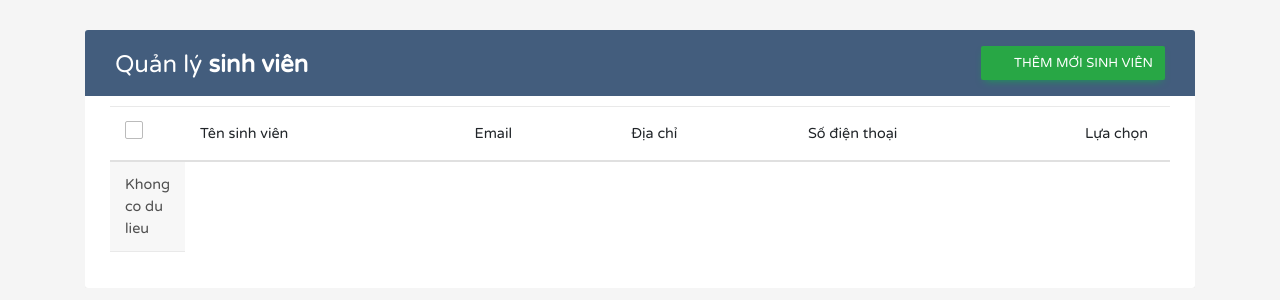
Repository: TinhTT336/MD02_Session06
Page: /
An editor plug-in stored every save of this project. The page is shown before and after the next save, followed by the edit.
The browser window is 1280 px wide. The pictures show the whole page.
Some web libraries are served in a nearby version. The project was rebuilt for these pictures with package versions that can differ from the ones it lists, and the page was loaded fresh each time. Also part of the build but not shown: vite.config.js, src/App.css, src/mini_project/TodoList.jsx, src/mini_project/Todo.jsx, src/base/Input.jsx, src/base/Radio.jsx, src/base/Checkbox.jsx, src/Homework/AddModal.jsx and 13 more.

Above is the page before, as saved 2023-09-04 17:44:46.

After the next save:
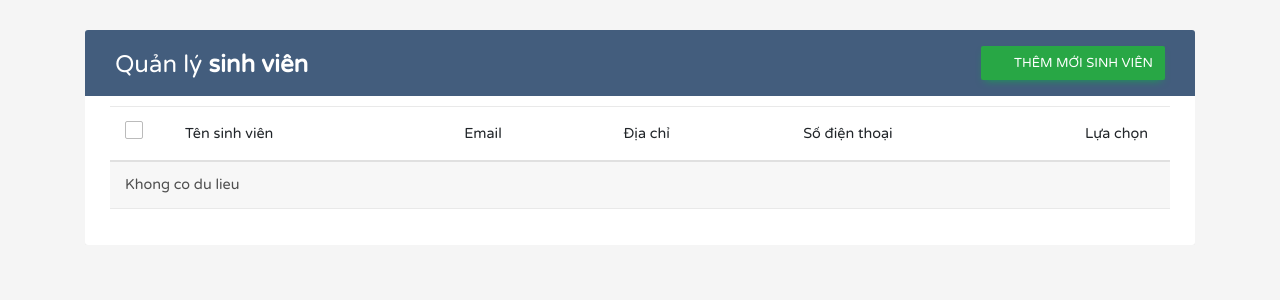
Saved 47 s later.
--- a/src/Manager_Student/List_Student.jsx
+++ b/src/Manager_Student/List_Student.jsx
@@ -63,7 +63,7 @@ export default function List_Student() {
                                 </tr>
                             </thead>
                             <tbody>
-                                {listStudent.length === 0 ? (<tr><td>Khong co du lieu</td></tr>) : (<>{listStudent.map(st => (
+                                {listStudent.length === 0 ? (<tr><td colSpan={6}>Khong co du lieu</td></tr>) : (<>{listStudent.map(st => (
                                     <tr key={st.studentId}>
                                         <td>
                                             <span className="custom-checkbox">
